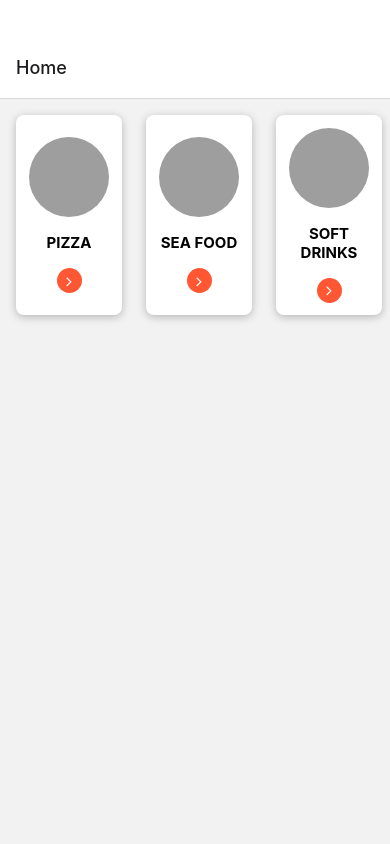
Repository: Esraa22M/ReactNative
Screen: /
An editor plug-in stored every save of this project. The screen is shown before and after the next save, followed by the edit.
Pictures or frames that could not be fetched are drawn as grey boxes. The app was drawn by React Native's web renderer in a window 390 px wide. The project was rebuilt for these pictures with package versions that can differ from the ones it lists, and the page was loaded fresh each time. Also part of the build but not shown: src/components/header/header.component.js, src/colors/front-screen-colors/user-auth-colors.js, src/components/header/header.styles.js, src/components/textInput/textInput.styles.js, src/components/textInput/textInput.components.jsx, src/components/singup-form-body/singup-form-body.components.js, src/screens/front-screen/Singup/singup-screen.screens.jsx, src/authentication/api/login-info.js and 2 more.

Above is the screen before, as saved 2023-09-21 02:53:36.

### App.js
import { SafeAreaView } from "react-native";
import { singupStyles } from "./src/screens/front-screen/Singup/singup-screen.styles";
import { Singup } from "./src/screens/front-screen/Singup/singup-screen.screens";
import UserCard from "./src/screens/front-screen/user-card/user-card.screens";
import { NavigationContainer } from "@react-navigation/native";
import { createStackNavigator } from "@react-navigation/stack";
import { Home } from "./src/screens/front-screen/home/home.screens";
const Stack = createStackNavigator();
export default function App() {
  return (
    <SafeAreaView style={singupStyles.container}>
      {/* <UserCard /> */}
      <NavigationContainer>
        <Stack.Navigator>
          <Stack.Screen name="Home" component={Home} />
        </Stack.Navigator>
      </NavigationContainer>
    </SafeAreaView>
  );
}

### src/screens/front-screen/Singup/singup-screen.styles.jsx
import { StyleSheet } from "react-native";
export const singupStyles = StyleSheet.create({
  container: { flex: 1, marginTop: 35 },
});

### src/screens/front-screen/home/home.screens.js
import { View, Text } from "react-native";
import { Categories } from "../../../components/categories/categories.components";
export const Home = () => {
  return (
    <>
      <Categories />
    </>
  );
};

### src/components/categories/categories.components.js
import { categories } from "../../data/dummay__data";
import { FlatList } from "react-native";
import { CategoryItem } from "./category-item.components";
export const Categories = () => {
  function renderCategoryItem(itemData) {
    return <CategoryItem item={itemData.item} />;
  }
  return (
    <FlatList
      numColumns={3}
      data={categories}
      renderItem={renderCategoryItem}
      keyExtractor={(item) => item.id}
    />
  );
};

### src/data/dummay__data.js
import { Category } from "../modal/category.modals";
export const categories = [
  new Category(
    "1pizza",
    "Pizza",
    "https://img.freepik.com/free-vector/flying-slice-pizza-cartoon-vector-illustration-fast-food-concept-isolated-vector-flat-cartoon-style_138676-1934.jpg?w=740&t=st=1695067102~exp=1695067702~hmac=7d47136b0dff2be87480dc1a22a28658daa67f706d90b59d117303a312dc6c16"
  ),
  new Category(
    "sea_food2",
    "sea food",
    "https://img.freepik.com/free-vector/seafood-products-set_98292-1624.jpg?w=740&t=st=1695067277~exp=1695067877~hmac=62082bdd900b5c830349f2bb8f3cd3466fcfb5395c4f24459194aeaeb256cb2c"
  ),
  new Category(
    "3softDrinks",
    "soft drinks",
    "https://img.freepik.com/free-vector/soda-cups-drink_24877-57922.jpg?w=740&t=st=1695067422~exp=1695068022~hmac=60b80d144880f8a8413a85c867ecfc35a38170c71354acfc84aa5b82ae30d594"
  ),
];

### src/components/categories/category-item.components.js
import { View, Text, Image, StyleSheet, Pressable } from "react-native";
import { HomeColors } from "../../colors/front-screen-colors/home-colors";
import { IconButton } from "../icon-button/icon-button.components";
export const CategoryItem = ({ item }) => {
  const { name, image } = item;
  console.log(item);
  return (
    <View style={styles.container}>
      <Pressable>
        <View style={styles.imageContainer}>
          <Image source={{ uri: image }} style={styles.image} />
        </View>
        <Text style={styles.categoryName}>{name}</Text>
        <View style={styles.iconContainer}>
          <IconButton
            name="angle-right"
            size={16}
            style={styles.angleRight}
            color={"white"}
          />
        </View>
      </Pressable>
    </View>
  );
};
const styles = StyleSheet.create({
  container: {
    flex: 1,
    height: 200,
    justifyContent: "space-around",
    flexDirection: "column",
    backgroundColor: HomeColors.LIGHT_COLOR,
    alignItems: "center",
    shadowColor: "black",
    shadowOpacity: 0.25,
    shadowOffset: { width: 0, height: 2 },
    shadowRadius: 8,
    marginVertical: 16,
    marginLeft: 16,
    marginRight: 8,
    elevation: 4,
    borderRadius: 8,
  },
  imageContainer: {
    justifyContent: "center",
    alignItems: "center",
  },
  image: { width: 80, height: 80, borderRadius: 80 / 2, margin: 8 },
  categoryName: {
    textTransform: "uppercase",
    justifyContent: "center",
    textAlign: "center",
    alignItems: "center",
    flexDirection: "column",
    fontWeight: "bold",
    fontSize: 15,
    margin: 8,
  },
  angleRight: {
    backgroundColor: HomeColors.DARK_COLOR,
    alignItems: "center",
    justifyContent: "center",
    width: 25,
    height: 25,
    borderRadius: 25 / 2,
  },
  iconContainer: {
    justifyContent: "center",
    alignItems: "center",
    textAlign: "center",
    margin: 8,
  },
});

### src/modal/category.modals.js
export class Category {
  constructor(id, name, image) {
    this.id = id;
    this.name = name;
    this.image = image;
  }
}

### src/colors/front-screen-colors/home-colors.js
export const HomeColors = {
  LIGHT_COLOR: "white",
  ACTIVE_COLOR: "#FFBF00",
  DARK_COLOR: "#FF5733",
};

### src/components/icon-button/icon-button.components.js
import { Pressable, StyleSheet } from "react-native";
import { FontAwesome } from "@expo/vector-icons";
export const IconButton = ({ name, color, size, ...props }) => {
  return (
    <Pressable {...props}>
      <FontAwesome name={name} size={size} color={color}></FontAwesome>
    </Pressable>
  );
};

After the next save:
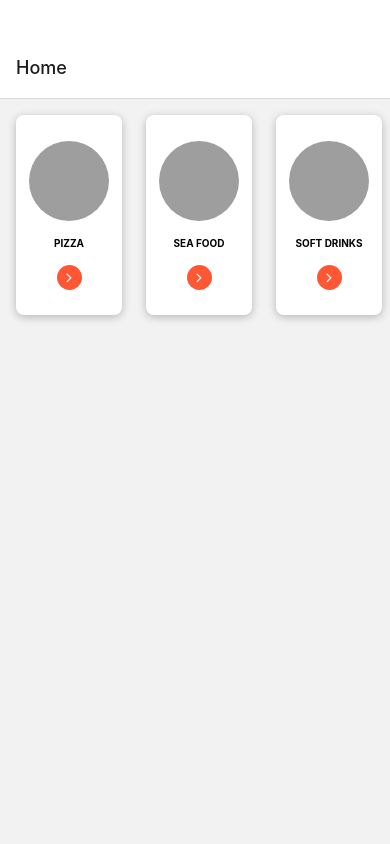
Saved 4 s later.
--- a/src/components/categories/category-item.components.js
+++ b/src/components/categories/category-item.components.js
@@ -53,7 +53,7 @@ const styles = StyleSheet.create({
     alignItems: "center",
     flexDirection: "column",
     fontWeight: "bold",
-    fontSize: 15,
+    fontSize: 10,
     margin: 8,
   },
   angleRight: {
